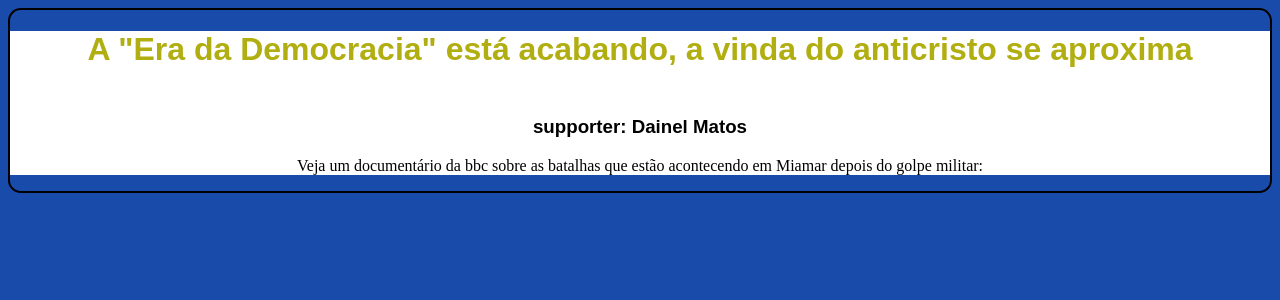
Repository: batmit/FutureFundation.github.io-1
Page: menu/support/support.html
These files come from the project's save history. The page is drawn as it stood at one moment and after the next save; the edit follows.
The browser window is 1280 px wide. The pictures show the whole page.

Above is the page before, as saved 2021-07-09 18:53:52.

### menu/support/support.html
<!DOCTYPE html>
<html lang="pt-BR">
<head>
    <meta charset="UTF-8">
    <meta http-equiv="X-UA-Compatible" content="IE=edge">
    <meta name="viewport" content="width=device-width, initial-scale=1.0">
    <title>O fim da era da democracia</title>
    <link rel="stylesheet" href="/menu/main.css">
</head>
<body>
    <div id="all">
        <header>
            <h1>A "Era da Democracia" está acabando, a vinda do anticristo se aproxima</h1>
            <h3>supporter: Dainel Matos</h3>
        </header>

        <p>Veja um documentário da bbc sobre as batalhas que estão acontecendo em Miamar depois do golpe militar: </p>



    </div>
</body>
</html>

### menu/main.css
body{

    text-align: center;

    border: black 2px solid;

    border-radius: 0.8rem;

    font-family: 'Poppins', sans-serif;

    background-color: #194caa;


}

#articles {
    gap: 3px;
}

#all{

    background-color: white;

}


#codigo{
    text-align:left;

}


img{
    text-align: center;
    justify-content: center;

}

p{

    font-family: 'Poppins';

}
a{
    border: 2px solid black;

    border-radius: 0.8rem;

    box-sizing: border-box;

    padding: 0.5rem;

    line-height:3rem;

    margin: 2px;


}

a:hover{

    background-color:rgb(80, 158, 231);

}

h1{

    margin-bottom: 3rem;

    color: rgb(177, 174, 17);

}

audio {
    -webkit-transition:all 0.5s linear;
    -moz-transition:all 0.5s linear;
    -o-transition:all 0.5s linear;
    transition:all 0.5s linear;
    -moz-box-shadow: 2px 2px 4px 0px #006773;
    -webkit-box-shadow:  2px 2px 4px 0px #006773;
    box-shadow: 2px 2px 4px 0px #006773;
    -moz-border-radius:7px 7px 7px 7px ;
    -webkit-border-radius:7px 7px 7px 7px ;
    border-radius:7px 7px 7px 7px ;
}

audio:hover, audio:focus, audio:active {

-webkit-box-shadow: 15px 15px 20px rgba(0,0, 0, 0.4);
-moz-box-shadow: 15px 15px 20px rgba(0,0, 0, 0.4);
box-shadow: 15px 15px 20px rgba(0,0, 0, 0.4);
-webkit-transform: scale(1.05);
-moz-transform: scale(1.05);
transform: scale(1.05);

}



@media (max-width: 900px) {


    a{

        display: block;
        line-height: 0.5rem;
        padding: 1rem;

    }

    #img{
        text-align: right;
    }

}

@media (prefers-color-scheme: dark) {
    #all{

        background-color: black;

    }

    h1{
        color: white
    }

    p{
        color: white;
    }

    a{
        background-color: aqua;
    }

    h3{
        color: white;
    }

    strong {
        color: white;
    }


}

After the next save:
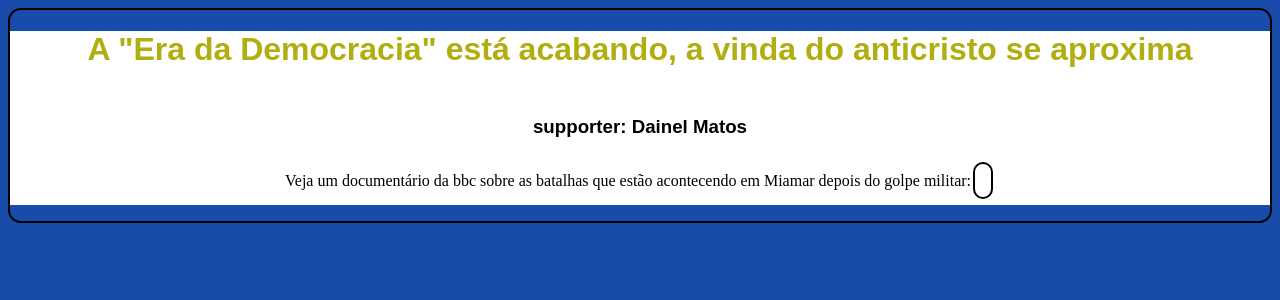
Saved 100 s later.
--- a/menu/support/support.html
+++ b/menu/support/support.html
@@ -14,7 +14,7 @@
             <h3>supporter: Dainel Matos</h3>
         </header>
 
-        <p>Veja um documentário da bbc sobre as batalhas que estão acontecendo em Miamar depois do golpe militar: </p>
+        <p>Veja um documentário da bbc sobre as batalhas que estão acontecendo em Miamar depois do golpe militar: <a href="https://www.youtube.com/watch?v=fwTrH5bEX48"></a></p>
 
 
 
